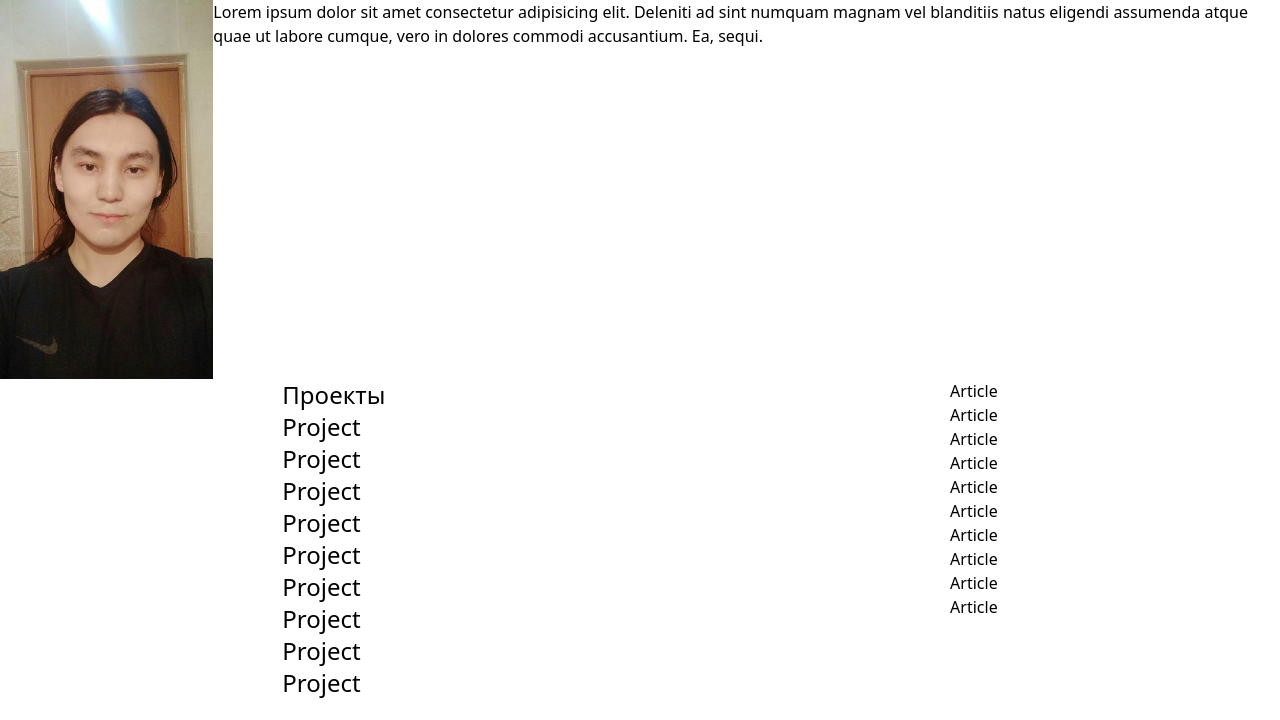
Repository: SkuldFuture/my-app
Page: /
The author's editor kept a copy of each file at every save. The page is drawn from the files as they stood at one save, then again after the next save.
The browser window is 1280 px wide. The pictures show the whole page.
The project was rebuilt for these pictures with package versions that can differ from the ones it lists, and the page was loaded fresh each time. Also part of the build but not shown: src/App.css.

Above is the page before, as saved 2023-02-13 19:03:14.

After the next save:
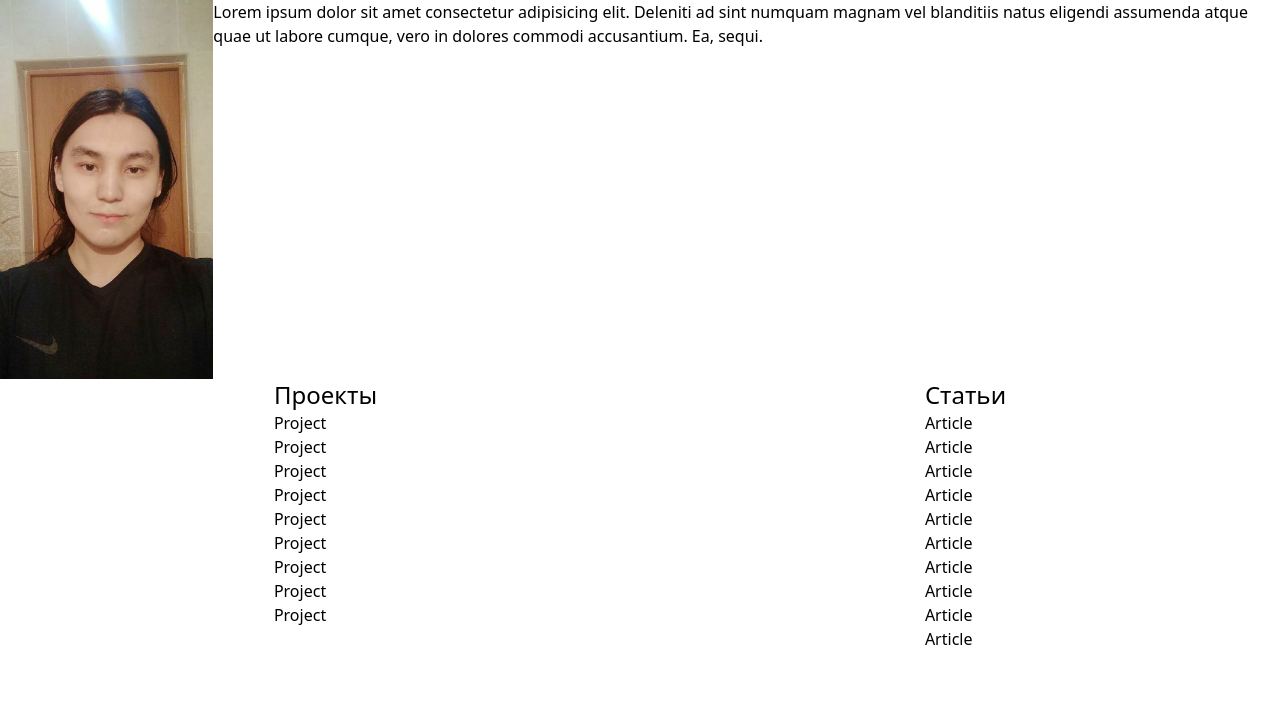
Saved 32 s later.
--- a/src/pages/Home.tsx
+++ b/src/pages/Home.tsx
@@ -7,7 +7,7 @@ export function Home() {
     <>
       <Header />
       <div className="flex flex-row justify-around">
-        <div className="text-2xl">
+        <div>
         <Projects />
         </div>
         <div>
--- a/src/components/Articles.tsx
+++ b/src/components/Articles.tsx
@@ -3,7 +3,7 @@ import { Article } from "./Article";
 export function Articles() {
   return (
     <>
-
+      <h2 className="text-2xl">Статьи</h2>
       <Article />
       <Article />
       <Article />
